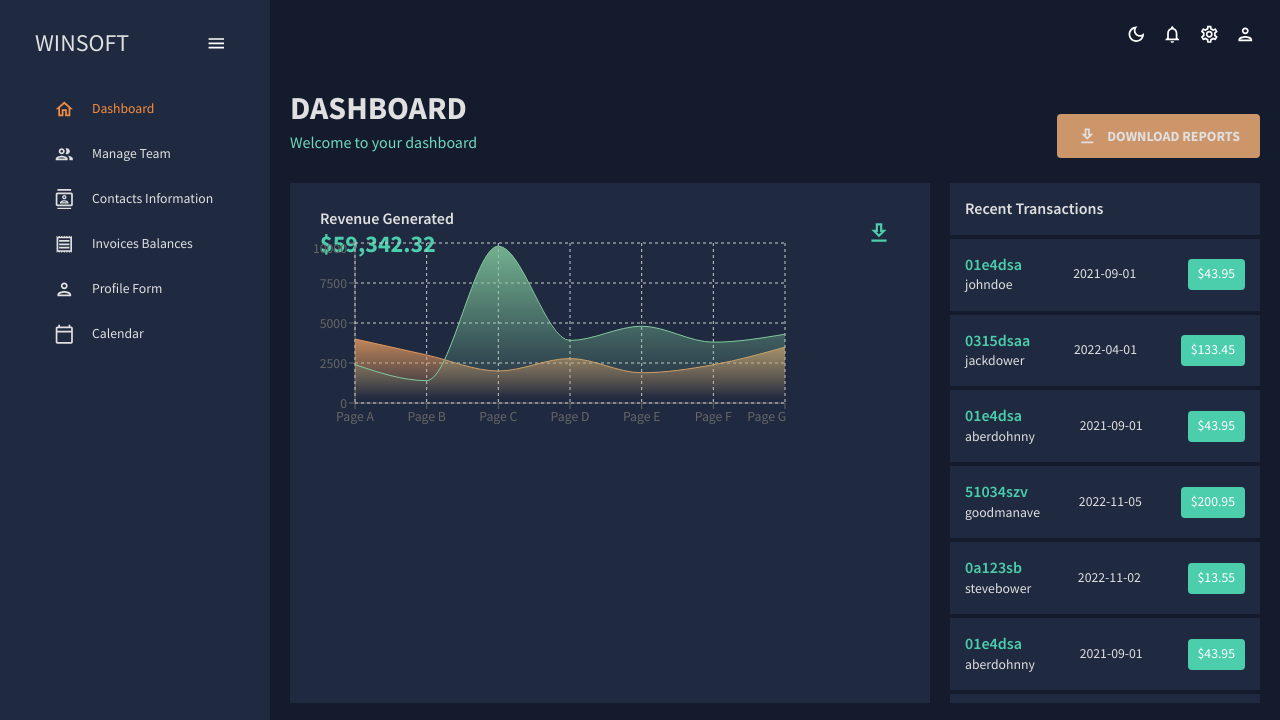
Repository: thamaraiselvan315731/winssoft
Page: /
An editor plug-in stored every save of this project. The page is shown before and after the next save, followed by the edit.
The browser window is 1280 px wide. The pictures show the whole page.
The project was rebuilt for these pictures with package versions that can differ from the ones it lists, and the page was loaded fresh each time. Also part of the build but not shown: src/pages/team/index.jsx, src/pages/invoices/index.jsx, src/pages/contacts/index.jsx, src/pages/form/index.jsx, src/components/LineChart.jsx, src/data/mockGeoFeatures.js, src/components/GeographyChart.jsx, src/components/BarChart.jsx and 4 more.

Above is the page before, as saved 2022-12-01 11:11:36.

After the next save:
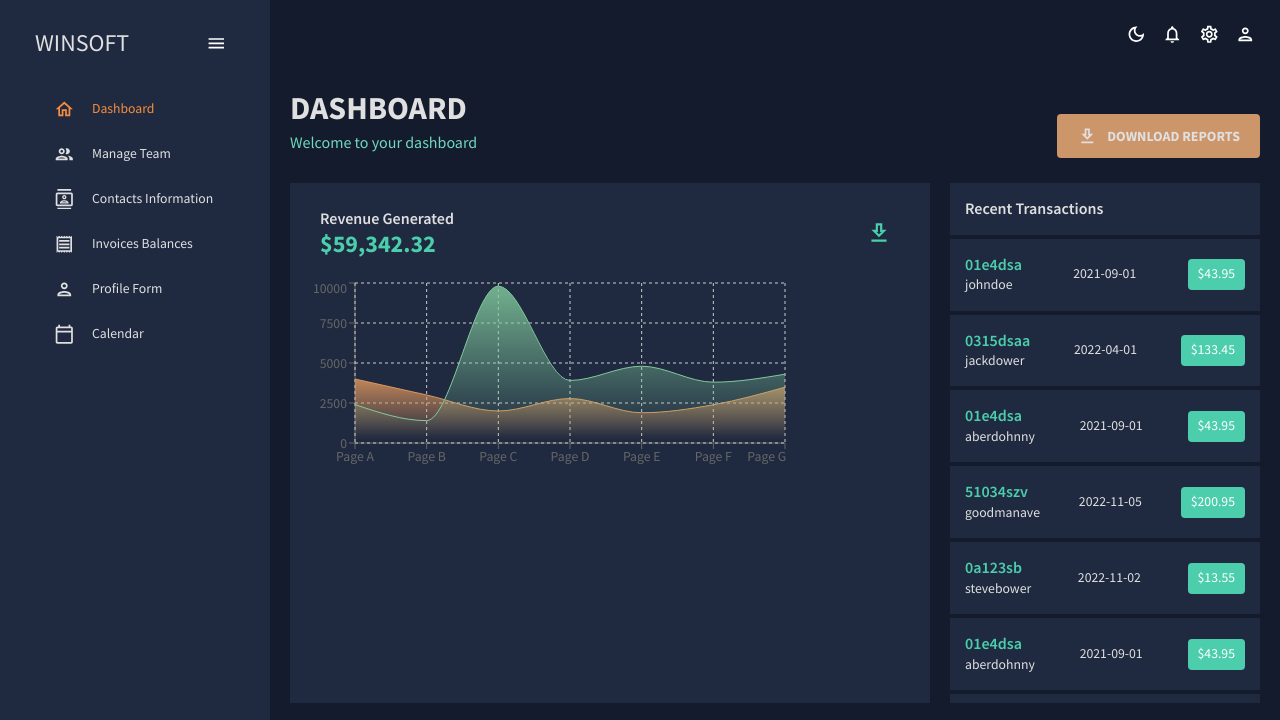
Saved 35 s later.
--- a/src/pages/dashboard/index.jsx
+++ b/src/pages/dashboard/index.jsx
@@ -155,7 +155,7 @@ const Dashboard = () => {
               </IconButton>
             </Box>
           </Box>
-          <Box height="250px" m="-20px 0 0 0">
+          <Box height="250px" m="20px 0 0 0">
             <AreaCharts />
           </Box>
         </Box>
